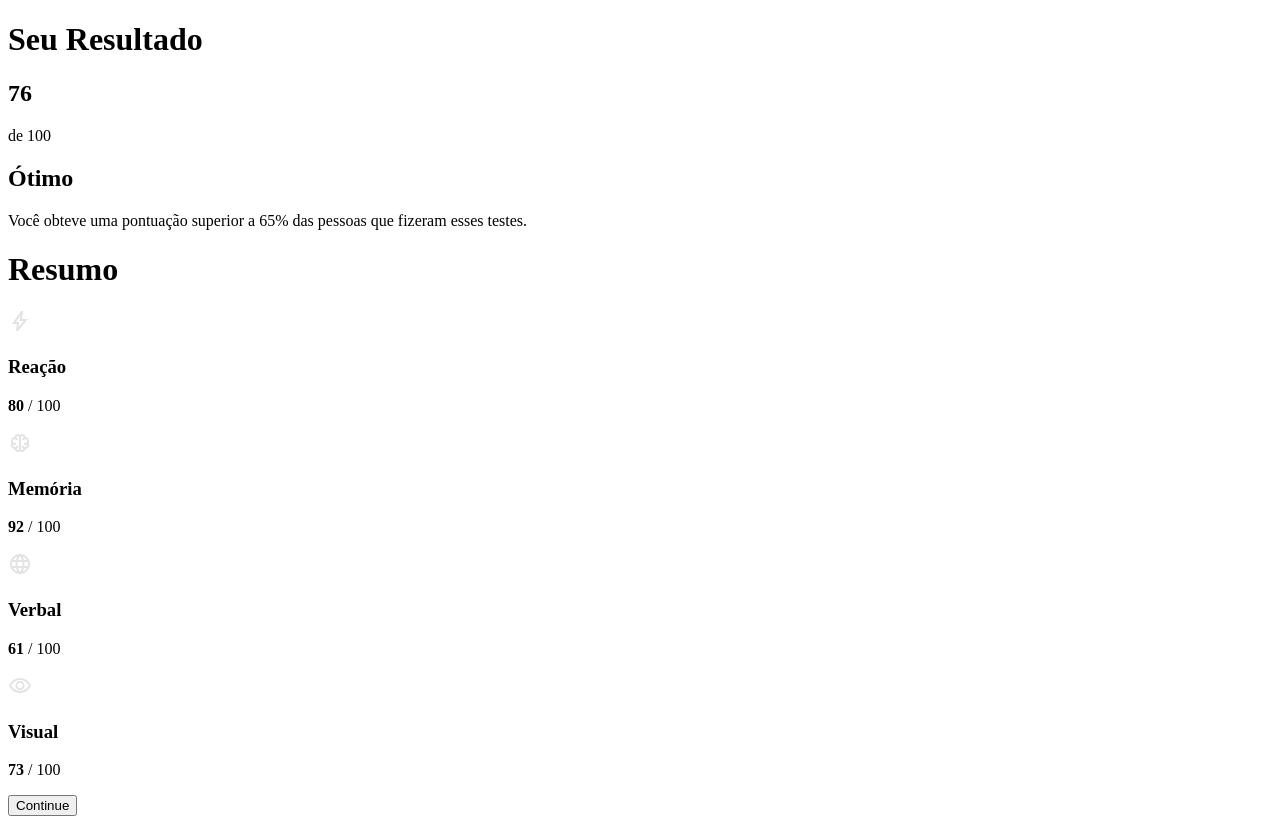
Repository: caique2512/resumo-de-resultados
Page: index.html
These files come from the project's save history. The page is drawn as it stood at one moment and after a run of saves; the edit follows.
The browser window is 1280 px wide. The pictures show the whole page.

Above is the page before, as saved 2026-03-04 22:29:16.

After the next 5 saves:
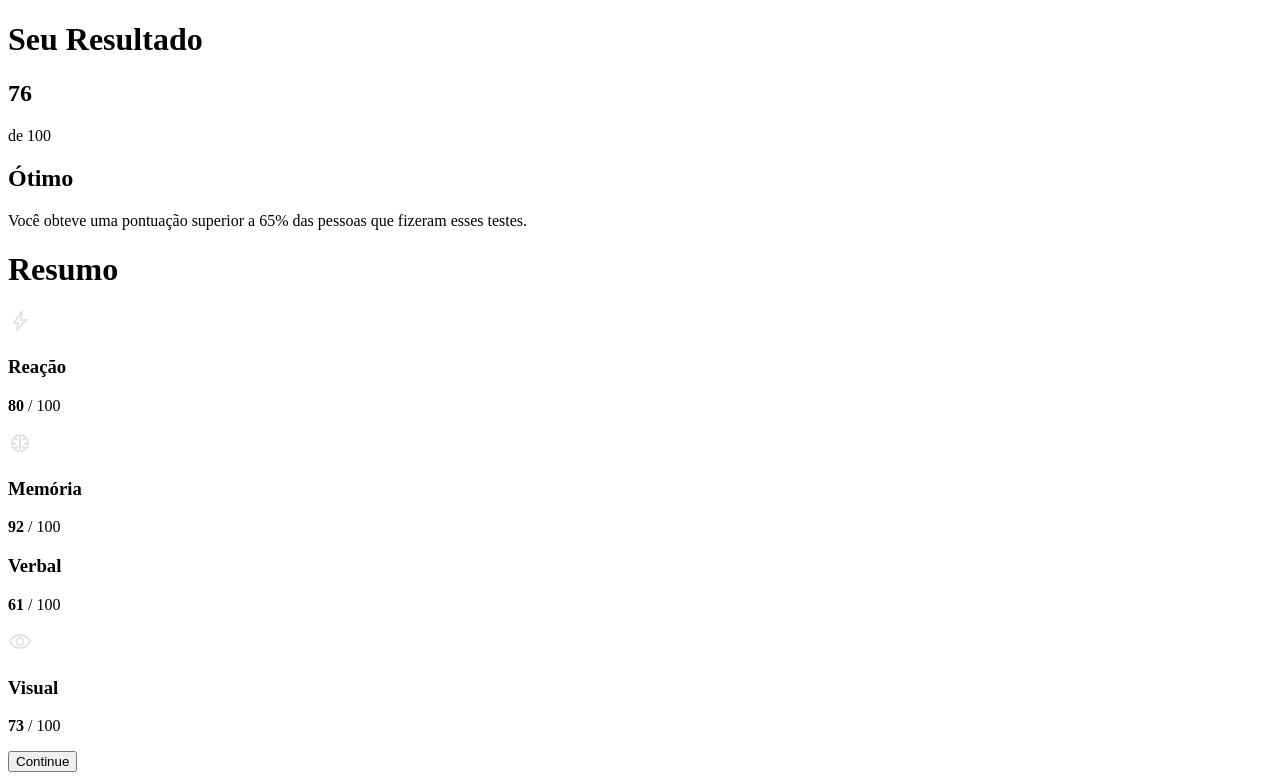
The 5 saves are shown as one change because they came seconds apart.
The last was saved 15 s later.
--- a/index.html
+++ b/index.html
@@ -29,11 +29,11 @@
                     <h3>Memória</h3>
                     <p><strong>92</strong> / 100</p>
                 </div>
-                <div class="resumo3">
+                <div class=""
                     <img src="./src/images/mensagem.svg" alt="Mensagem">
                     <h3>Verbal</h3>
                     <p><strong>61</strong> / 100</p>
-                </div class="">
+                </div>
                 <div>
                     <img src="./src/images/olho.svg" alt="olho">
                     <h3>Visual</h3>

After the 6 saves that followed:
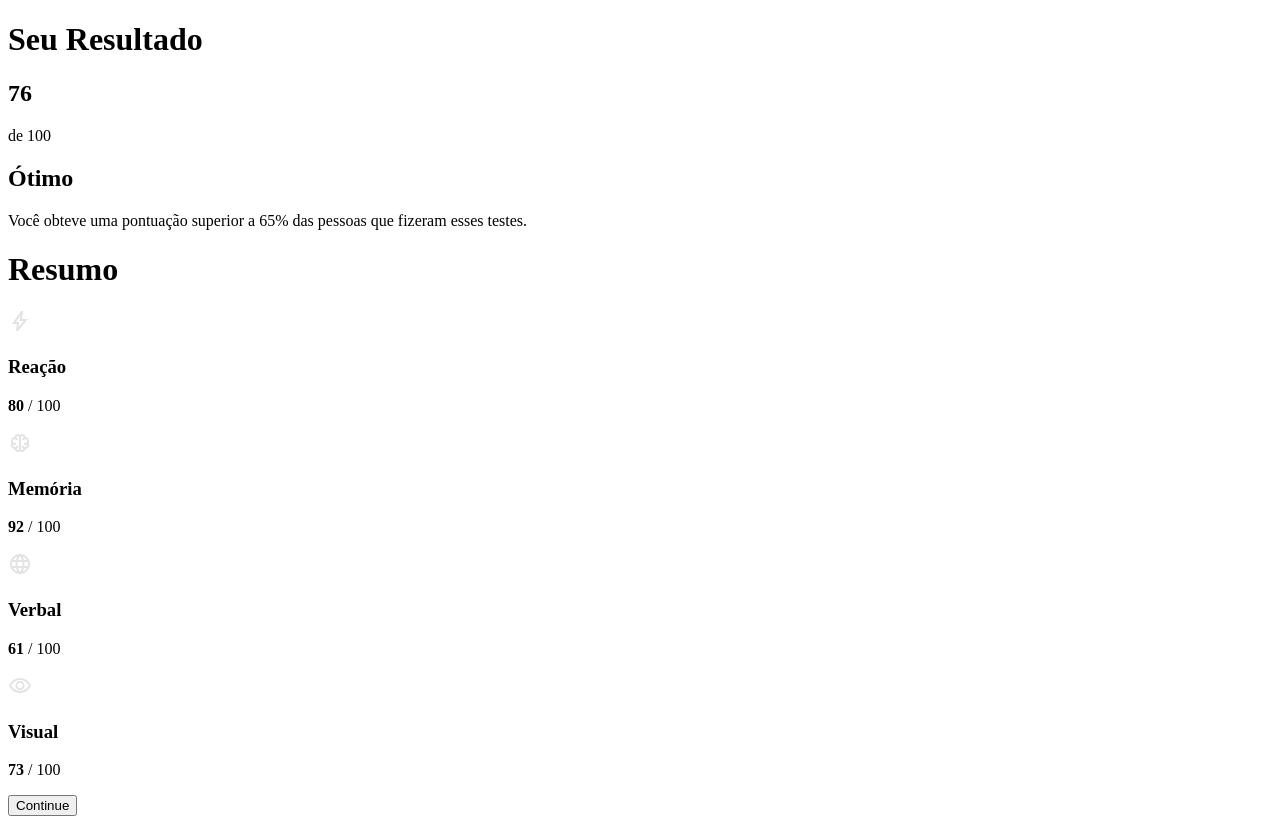
The 6 saves are shown as one change because 2 left the picture as it was and some came seconds apart.
The last was saved 25 s later.
--- a/index.html
+++ b/index.html
@@ -29,7 +29,7 @@
                     <h3>Memória</h3>
                     <p><strong>92</strong> / 100</p>
                 </div>
-                <div class=""
+                <div class=""></div>
                     <img src="./src/images/mensagem.svg" alt="Mensagem">
                     <h3>Verbal</h3>
                     <p><strong>61</strong> / 100</p>
